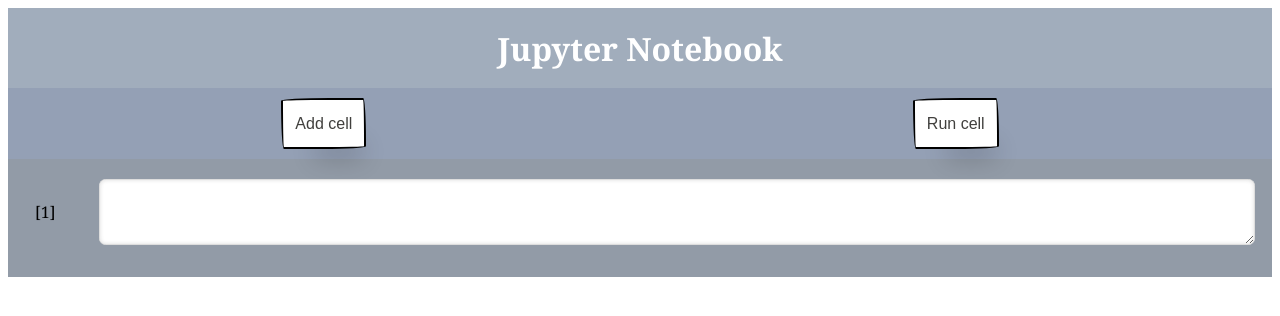
Repository: lingzi-liu/jupyter_notebook_prototype
Page: http://localhost/
The author's editor kept a copy of each file at every save. The page is drawn from the files as they stood at one save, then again after the next save.
The browser window is 1280 px wide. The pictures show the whole page.
The page is served by the project's application, run on Flask 3 (app.py).

Above is the page before, as saved 2022-11-13 12:31:23.

### templates/index.html
<!DOCTYPE html>
<html lang="en">

<head>
    <meta charset="UTF-8">
    <meta http-equiv="X-UA-Compatible" content="IE=edge">
    <meta name="viewport" content="width=device-width, initial-scale=1.0">
    <link rel="stylesheet" href="../static/styles/style.css">
    <script defer src="../static/scripts/command_handler.js"></script>
    <script defer src="../static/scripts/add_cell.js"></script>
    <title>Jupter Notebook</title>
</head>

<body>
    <!-- Navigation Bar -->
    <div id="nav">
        <h1>Jupyter Notebook</h1>
    </div>


    <!-- Button Bar -->
    <div id="commands">
        <!-- Add Cell allows you to add new code cells -->
        <!--Triggering a function addCell() when clicked -->
        <button onclick="addCell()">Add cell</button>
        <!-- Run Cell allows you to run the code in a selected cell -->
        <!--Triggering a function runCell() when clicked -->
        <button onclick="runCell()" id="run">Run cell</button>
    </div>


    <!-- Cell list -->
    <div id="cell-list">
        <!-- Each cell is in separate division -->
        <!-- When clicked, the current cell should become the selected cell by triggering the function selectedCell(this) -->
        <div class="cell" id="1" onclick="selecteCell(this)">
            <h4>[1]</h4>
            <textarea onkeyup="do_resize(this);"></textarea>

            <!--a paragraph component below the cell box for the error message or result, if there is one
            -->
            <p></p>
        </div>
    </div>
</body>

</html>

### app.py
# Step1
from flask import Flask, request, render_template

from contextlib import redirect_stdout
import io
import ast # stands for abstract syntax tree

app = Flask(__name__)

# Step 3: Create a function evaluate_code(code) that takes in a string and returns the output
def evaluate_code(code):
    # Step2: Parse the input code
    parsed = ast.parse(code)


    # Context manager for temporarily redirecting sys.stdout to another file or file-like object.
    with redirect_stdout(io.StringIO()) as f:
        try:
            #
            for input in parsed.body:
                if type(input) == ast.Expr:
                    # eval() allows you to evaluate arbitrary Python expressions from a string-based or compiled-code-based input.
                    # diff: eval() only execute or evaluate expressions
                    result = eval(compile(ast.Expression(input.value), "<string>", "eval"), globals())
                    # show appropiate result
                    if result:
                        print(result)
                else:
                    # exec()can execute any piece of Python code.
                    exec(compile(ast.Module(body=[input], type_ignores=[]), "<string>", "exec"), globals())
        # If there is an exception, in the result print the exception with an error message
        except Exception as e:
            print('Error Occured!')
            print(e.__class__.__name__ + ' : ')
            print(e)


    return f.getvalue()


# Create a default ‘GET’ route for your flask object that directs you to the html page
@app.route('/',methods=['GET'])
def index():
    # Flask template
    # put index.html in templates folder otherwise it will throw a render_template error
    return render_template('index.html')

# Create ‘POST’ route that uses an evaluate function
@app.route('/evaluate', methods=['POST'])
def evaluate():
    # Step2: Extract the command from the json input
    data = request.json
    code = data['command']
    return {'result': evaluate_code(code)}

if __name__== '__main__':
    # set debug to true to see the log and applied changes
    app.run(port=8002, debug = True)

### static/styles/style.css
#nav {
  height: 80px;
  background-color: #253f636d;
  font-weight: bold;
  display: flex;
  align-items: center;
}

#nav h1 {
  margin: auto;
  color: white;
  font-family: Georgia, 'Times New Roman', Times, serif;
  text-align: center;
}

#commands {
  background-color: #637493ae;
  display: flex;
  justify-content: space-around;
}

#commands button {
  margin: 10px;
  align-self: center;
  background-color: #fff;
  background-image: none;
  background-position: 0 90%;
  background-repeat: repeat no-repeat;
  background-size: 4px 3px;
  border-radius: 15px 225px 255px 15px 15px 255px 225px 15px;
  border-style: solid;
  border-width: 2px;
  box-shadow: rgba(0, 0, 0, .2) 15px 28px 25px -18px;
  box-sizing: border-box;
  color: #41403e;
  cursor: pointer;
  display: inline-block;
  font-family: Neucha, sans-serif;
  font-size: 1rem;
  line-height: 23px;
  outline: none;
  padding: .75rem;
  text-decoration: none;
  transition: all 235ms ease-in-out;
  border-bottom-left-radius: 15px 255px;
  border-bottom-right-radius: 225px 15px;
  border-top-left-radius: 255px 15px;
  border-top-right-radius: 15px 225px;
  user-select: none;
  -webkit-user-select: none;
  touch-action: manipulation;
}

#commands button:hover {
  box-shadow: rgba(0, 0, 0, .3) 2px 8px 8px -5px;
  transform: translate3d(0, 2px, 0);
}

#commands button:focus {
  box-shadow: rgba(0, 0, 0, .3) 2px 8px 4px -6px;
}

.cell {
  padding-top: 20px;
  margin: auto;
  align-items: center;
  display: flex;
  flex-flow: row wrap;
  justify-content: space-around;
}

#cell-list .cell:hover {
  background-color: #929ba76b;
}

#cell-list .cell textarea {
  border-radius: 0.4rem;
  border: 1px solid #ddd;
  padding: 0.5rem;
  color: #666;
  box-shadow: inset 0 0 0.25rem #ddd;
  font-family: Georgia, 'Times New Roman', Times, serif;
  font-size: large;
  width: 90%;

}

#cell-list .cell textarea:focus {
  outline: none;
  border: 1px solid darken(#ddd, 5%);
  box-shadow: inset 0 0 0.5rem darken(#ddd, 5%);
}

#cell-list .cell h4 {
  display: inline-block;
  margin: 0;
  padding: 0 10px;
  font-weight: lighter;
  font-family: Georgia, 'Times New Roman', Times, serif;
}

#cell-list .cell p {
  width: 100%;
  font-family: Georgia, 'Times New Roman', Times, serif;
  margin-left: 120px;
}

### static/scripts/command_handler.js
// runCell() takes the code in the cell and outputs the result if there is a result or the error if there is an error
function runCell() {
    // disable the button from being run again until we process the current code
    runButton = document.getElementById('run');
    runButton.disabled = true;

    cellNum = document.getElementById(selectedCellNumber);
    // get text from the textarea
    text = cellNum.children[1].value;

    // Send the text to the python backend as a command
    // get the response from post request
    fetch('/evaluate', {
        method: 'POST',
        headers: {
            'Content-Type': 'application/json'
        },
        body: JSON.stringify({
            command: text
        })
    }).then((response) => response.json()).then((data) => {
        // Insert the response below the respective code cell as a string
        cellNum.children[2].innerText = data.result;

        // enable the button again
        runButton.disabled = false;
    });
}

### static/scripts/add_cell.js
let selectedCellNumber = 1; //  the id of the currently selected cell
let maxCellNumber = 1; // the total number of cells

// adjusts the size of the text box depending on the text input.
// If the text input becomes larger than the current size of the textbox
// then we need to increase the size of the cell.
function do_resize(textbox) {
    var maxrows = 50;
    var txt = textbox.value;
    var cols = textbox.cols;

    var arraytxt = txt.split('\n');
    var rows = arraytxt.length;

    for (i = 0; i < arraytxt.length; i++)
        rows += parseInt(arraytxt[i].length / cols);

    if (rows > maxrows) textbox.rows = maxrows;
    else textbox.rows = rows;
}

// changes the selected cell based on an input cell.
function selecteCell(cell) {
    if (selectedCellNumber) {
        document.getElementById(selectedCellNumber).style.backgroundColor = "white";
    }
    selectedCellNumber = cell.id;
    document.getElementById(selectedCellNumber).style.backgroundColor = "#929BA7";
    console.log('cell selected: ', selectedCellNumber)
}

// Ensure that the selected cell when the page is first opened is the first and only cell on the page
selecteCell(document.getElementById("1"))

// adds a cell below the current cells
function addCell() {
    maxCellNumber++;
    cellList = document.getElementById("cell-list");
    cellList.insertAdjacentHTML('beforeend',
        `<div class="cell" id="${maxCellNumber}" onclick="selecteCell(this)">
            <h4>[${maxCellNumber}]</h4>
            <textarea onkeyup="do_resize(this);"></textarea>
            <p></p>
        </div>`);

    selecteCell(document.getElementById(maxCellNumber));
}

After the next save:
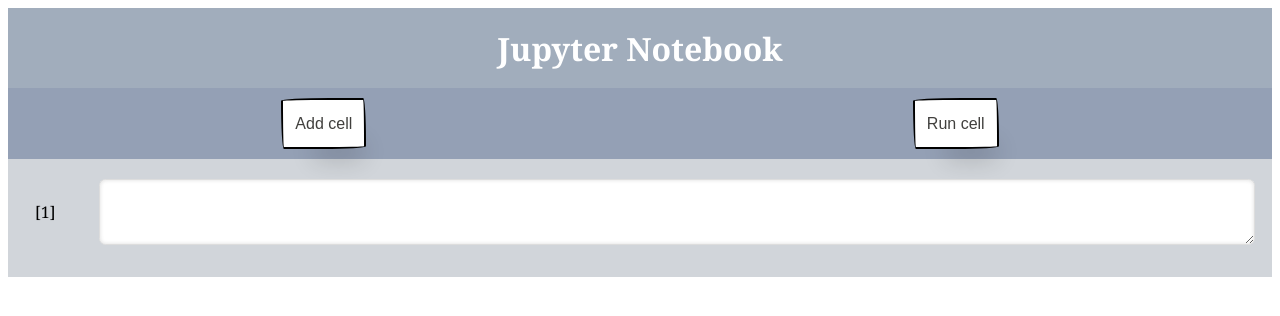
Saved 2 s later.
--- a/static/scripts/add_cell.js
+++ b/static/scripts/add_cell.js
@@ -25,7 +25,7 @@
         document.getElementById(selectedCellNumber).style.backgroundColor = "white";
     }
     selectedCellNumber = cell.id;
-    document.getElementById(selectedCellNumber).style.backgroundColor = "#929BA7";
+    document.getElementById(selectedCellNumber).style.backgroundColor = "#929ba76b";
     console.log('cell selected: ', selectedCellNumber)
 }
 
